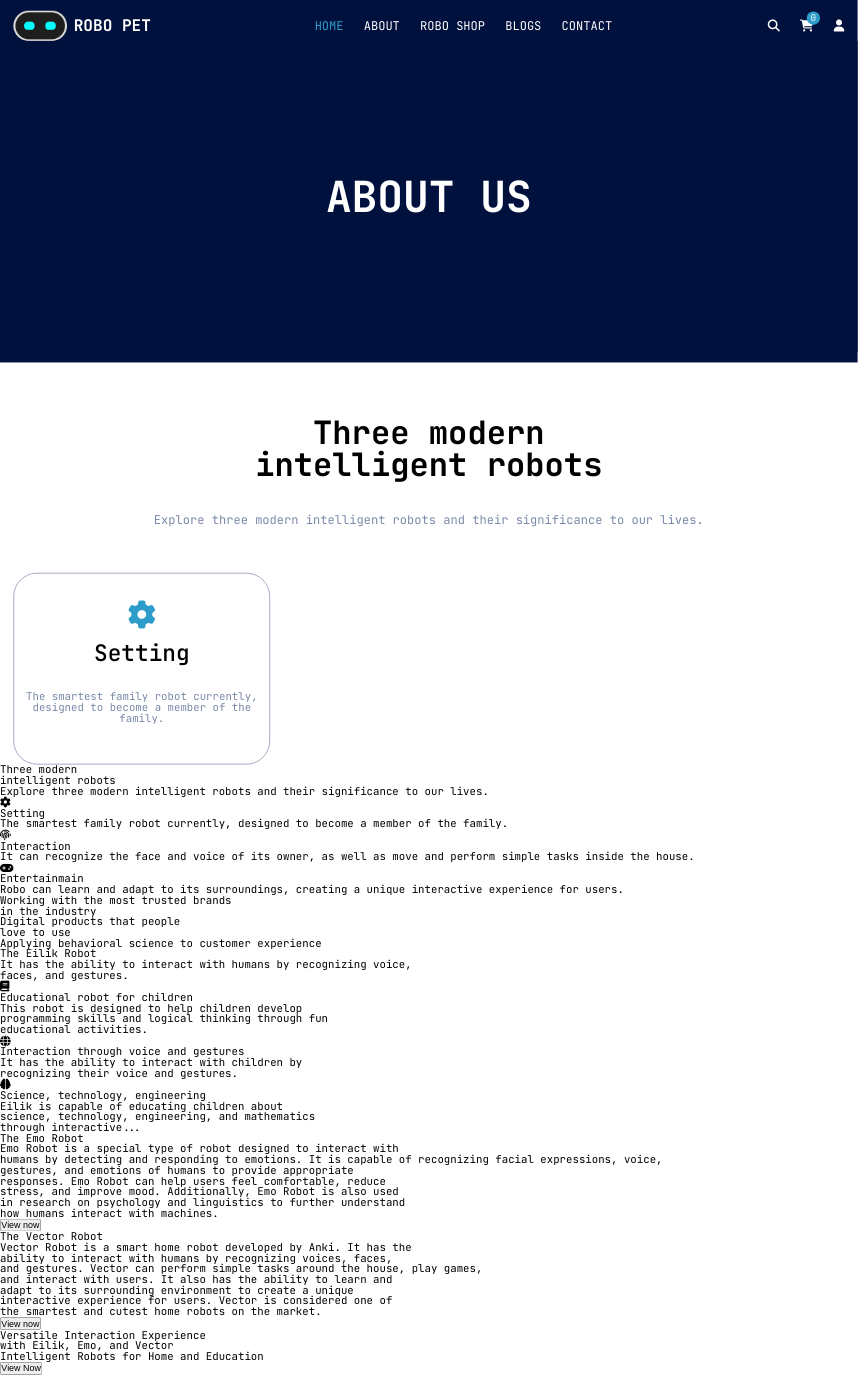
Repository: trietle101/du-an-1
Page: about.html
An editor plug-in stored every save of this project. The page is shown before and after the next save, followed by the edit.
The browser window is 1280 px wide. The pictures show the whole page, at 67% of full size.
Some web libraries are served in a nearby version.

Above is the page before, as saved 2023-03-12 22:52:28.

### about.html
<!DOCTYPE html>
<html lang="en">
  <head>
    <meta charset="UTF-8" />
    <meta http-equiv="X-UA-Compatible" content="IE=edge" />
    <meta name="viewport" content="width=device-width, initial-scale=1.0" />
    <title>About</title>
    <link rel="stylesheet" href="assets/css/reset.css" />
    <link rel="preconnect" href="https://fonts.googleapis.com" />
    <link rel="preconnect" href="https://fonts.gstatic.com" crossorigin />
    <link rel="stylesheet" href="assets/css/about.css">
    <link
      href="https://fonts.googleapis.com/css2?family=JetBrains+Mono:wght@300;400;500;700&display=swap"
      rel="stylesheet"
    />
    <script
      src="https://kit.fontawesome.com/08ee78edd1.js"
      crossorigin="anonymous"
    ></script>
  </head>
  <body>
    <header class="header">
      <div class="container">
        <nav class="header-nav">
          <a href="#" class="header-logo">
            <img src="assets/img/logo.png" />
            <span>ROBO PET</span>
          </a>

          <ul class="nav__list">
            <li class="nav__item">
              <a href="#" class="nav__link active">Home</a>
            </li>
            <li class="nav__item">
              <a href="#" class="nav__link">About</a>
            </li>
            <li class="nav__item">
              <a href="#" class="nav__link">Robo shop</a>
            </li>
            <li class="nav__item">
              <a href="#" class="nav__link">Blogs</a>
            </li>
            <li class="nav__item">
              <a href="#" class="nav__link">Contact</a>
            </li>
          </ul>

          <ul class="nav__list">
            <li class="nav__item">
              <a href="" class="nav__link"
                ><i class="fa-solid fa-magnifying-glass"></i
              ></a>
            </li>
            <li class="nav__item">
              <a href="" class="nav__link absolute">
                <i class="fa-solid fa-cart-shopping"></i>
                <span>0</span>
              </a>
            </li>
            <li class="nav__item">
              <a href="" class="nav__link"><i class="fa-solid fa-user"></i></a>
            </li>
          </ul>
        </nav>
      </div>
      <div class="header-banner">
        <div class="container">
          <h1 class="banner-title">ABOUT US</h1>
        </div>
      </div>
    </header>
    <section class="modern">
      <div class="container">
        <h2 class="modern-title">Three modern <br> intelligent robots</h2>
        <p class="modern-desc">Explore three modern intelligent robots and their significance to our lives.</p>
        <div class="modern-box">
          <div class="modern-item">
            <div class="modern-center">
              <i class="fa-solid fa-gear"></i>
              <h3 class="modern-box-title">Setting</h3>
              <p class="modern-box-desc">The smartest family robot currently, designed to become a member of the family.</p>
            </div>
          </div>
        </div>
      </div>
    </section>

    <!--phần banner-->
    <div class="banner">
           </div>
           <div class="name2">
            <h2>Three modern <br>
              intelligent robots</h2>
            <p>Explore three modern intelligent robots and their significance to our lives.</p>

        <div class="box-top">
            <div class="namebox">
                <i class="fa-solid fa-gear"></i>
                <h3>Setting</h3>
                <p>The smartest family robot currently, designed to become a member of the family.</p>
            </div>


            <div  class="namebox">
              <i class="fa-solid fa-fingerprint"></i>
                <h3>Interaction</h3>
                <p>It can recognize the face and voice of its owner, as well as move and perform simple tasks inside the house.</p>
            </div>


            <div class="namebox">
              <i class="fa-solid fa-gamepad"></i>
                <h3>Entertainmain</h3>
                <p>Robo can learn and adapt to its surroundings, creating a unique interactive experience for users.</p>
            </div>
        </div>

        <div class="name2">
          <h2>Working with the most trusted brands <br> in the industry</h2>
        </div>

        <div class="banner2">
        </div>
        <div class="namebanner2">
          <h4>Digital products that people <br> love to use</h4>
          <p>Applying behavioral science to customer experience</p>
          <div class="box-text">
            <h5>The Eilik Robot</h5>
            <p>It has the ability to interact with humans by recognizing voice,<br> faces, and gestures.</p>
               <div class="box-content">
                <i class="fa-solid fa-book"></i>
                <h6>Educational robot for children</h6>
                <p>This robot is designed to help children develop <br> programming skills and logical thinking through fun <br> educational activities.</p>
               </div>

               <div class="box-content">
                <i class="fa-solid fa-globe"></i>
                <h6>Interaction through voice and gestures</h6>
                <p>It has the ability to interact with children by <br> recognizing their voice and gestures.</p>
               </div>

               <div class="box-content">
                <i class="fa-solid fa-brain"></i>
                <h6>Science, technology, engineering</h6>
                <p> Eilik is capable of educating children about <br> science, technology, engineering, and mathematics <br> through interactive...</p>
               </div>

          </div>
          <div class="box-content2">
            <h6>The Emo Robot</h6>
            <p>Emo Robot is a special type of robot designed to interact with <br> humans by detecting and responding to emotions.

              It is capable of recognizing facial expressions, voice,<br>  gestures, and emotions of humans to provide appropriate <br> responses. Emo Robot can help users feel comfortable, reduce <br> stress, and improve mood. Additionally, Emo Robot is also used <br> in research on psychology and linguistics to further understand <br> how humans interact with machines.</p>
          </div>

          <button>View now</button>

          <div class="box-content3">
            <h6>The Vector Robot</h6>
            <p>Vector Robot is a smart home robot developed by Anki. It has  the <br> ability to interact with humans by recognizing voices, faces, <br> and gestures.

              Vector can perform simple tasks around the house, play games, <br> and interact with users. It also has the ability to learn and <br> adapt to its surrounding environment to create a unique <br> interactive experience for users. Vector is considered one of <br> the smartest and cutest home robots on the market.</p>
              <button>View now</button>
            </div>
        </div>
        <div class="endbanner">
          <h2>Versatile Interaction Experience <br> with Eilik, Emo, and Vector</h2>
                <p>Intelligent Robots for Home and Education</p>
                <button>View Now</button>
        </div>
  </body>
  <script src="assets/script/script.js"></script>
</html>

### assets/css/reset.css
/* http://meyerweb.com/eric/tools/css/reset/
   v2.0 | 20110126
   License: none (public domain)
*/
html,
body,
div,
span,
applet,
object,
iframe,
h1,
h2,
h3,
h4,
h5,
h6,
p,
blockquote,
pre,
a,
abbr,
acronym,
address,
big,
cite,
code,
del,
dfn,
em,
img,
ins,
kbd,
q,
s,
samp,
small,
strike,
strong,
sub,
sup,
tt,
var,
b,
u,
i,
center,
dl,
dt,
dd,
ol,
ul,
li,
fieldset,
form,
label,
legend,
table,
caption,
tbody,
tfoot,
thead,
tr,
th,
td,
article,
aside,
canvas,
details,
embed,
figure,
figcaption,
footer,
header,
hgroup,
menu,
nav,
output,
ruby,
section,
summary,
time,
mark,
audio,
video {
  margin: 0;
  padding: 0;
  border: 0;
  font-size: 100%;
  font: inherit;
  vertical-align: baseline;
}

/* HTML5 display-role reset for older browsers */
article,
aside,
details,
figcaption,
figure,
footer,
header,
hgroup,
menu,
nav,
section {
  display: block;
}

body {
  line-height: 1;
}

ol,
ul {
  list-style: none;
}

blockquote,
q {
  quotes: none;
}

blockquote:before,
blockquote:after,
q:before,
q:after {
  content: "";
  content: none;
}

table {
  border-collapse: collapse;
  border-spacing: 0;
}

*,
*:after,
*:before {
  margin: 0;
  padding: 0;
  box-sizing: border-box;
}
ul,
li {
  list-style-type: none;
}
a {
  text-decoration: none;
}

### assets/css/about.css
:root {
  --primary-color: #00113d;
  --secondary-color: #2e9cca;
}

html {
  box-sizing: border-box;
}

img {
  display: block;
  max-width: 100%;
}

body {
  font-family: "JetBrains Mono", sans-serif;
  min-height: 100vh;
  margin: 0;
}
header {
  background: var(--primary-color);
  padding: 1em 0;
  width: 100%;
}
.container {
  max-width: 1240px;
  margin: 0 auto;
}

.header-nav {
  display: flex;
  justify-content: space-between;
  align-items: center;
  flex-wrap: nowrap;
}

.header-logo {
  display: flex;
  justify-content: center;
  align-items: center;
}

.header-logo span {
  text-decoration: none;
  color: #fff;
  font-size: 24px;
  font-weight: bold;
  margin-right: 0.5em;
  margin-left: 10px;
}

.nav__list {
  display: flex;
  justify-content: space-between;
  align-items: center;
  flex-wrap: nowrap;
}

.nav__item:not(:first-child) {
  margin-left: 30px;
}

.nav__link {
  color: #fff;
  text-decoration: none;
  text-transform: uppercase;
  transition: 0.3s ease-in-out;
  font-size: 18px;
}

.nav__link.active {
  color: var(--secondary-color);
}

.nav__link:hover {
  color: var(--secondary-color);
}

.nav__link:hover span {
  color: var(--secondary-color);
  background-color: #fff;
}

.nav__link.absolute {
  position: relative;
}

.nav__link span {
  position: absolute;
  display: inline-block;
  background-color: var(--secondary-color);
  width: 20px;
  height: 20px;
  font-size: 14px;
  text-align: center;
  padding-top: 2px;
  border-radius: 50%;
  top: -10px;
  left: 10px;
  transition: 0.3s ease-in-out;
}

.line-effect {
  width: 0;
  height: 2px;
  background-color: var(--secondary-color);
  position: fixed;
  pointer-events: none;
  transition: all 0.25s linear;
}
.header-banner {
  width: 100%;
  max-height: 500px;
  margin: 0 auto;
  background-color: #00113d;
  padding: 200px 0;
}
.banner-title {
  font-weight: 700;
  font-size: 64px;
  color: #fff;
  text-transform: uppercase;
  text-align: center;
}
.modern {
  padding-top: 80px;
}
.modern-title {
  font-weight: 700;
  font-size: 48px;
  text-align: center;
}
.modern-desc {
  font-weight: 400;
  font-size: 18px;
  color: #7b88a8;
  text-align: center;
  margin-top: 50px;
}
.modern-box {
  margin-top: 70px;
  display: flex;
  justify-content: space-between;
  align-items: center;
  flex-wrap: nowrap;
}
.modern-item {
  max-width: calc(33.33% - 30px);
  border: 1px solid #7b88a8;
  border-radius: 35px;
  transition: 0.3s ease-in-out;
}
.modern-item i {
  font-size: 42px;
  color: var(--secondary-color);
  margin-top: 40px;
}
.modern-center {
  text-align: center;
}
.modern-box-title {
  font-weight: 500;
  font-size: 34px;
  margin-top: 20px;
  margin-bottom: 40px;
}
.modern-box-desc {
  font-weight: 400;
  font-size: 16px;
  color: #7b88a8;
  margin-bottom: 60px;
}
.modern-item:hover {
  border: none;
  box-shadow: 0 14px 28px rgba(0, 17, 61, 0.22),
    0 10px 10px rgba(0, 17, 61, 0.22);
}

### assets/script/script.js
window.addEventListener("load", function () {
  // --- Menu ---
  const links = [...document.querySelectorAll(".nav__link")];
  links.forEach((item) => item.addEventListener("mouseenter", handleHoverLink));
  const line = document.createElement("div");
  line.classList = "line-effect";
  document.body.appendChild(line);

  function handleHoverLink(event) {
    const { left, top, width, height } = event.target.getBoundingClientRect();
    const offsetBottom = 5;
    line.style.width = `${width}px`;
    line.style.left = `${left}px`;
    line.style.top = `${top + height + offsetBottom}px`;
  }
  const menu = document.querySelector(".nav__list");
  menu.addEventListener("mouseleave", function () {
    line.style.width = 0;
  });

  const nav = document.querySelectorAll(".nav__link");
  nav.forEach((item) => {
    item.addEventListener("click", () => {
      nav.forEach((item) => {
        item.classList.remove("active");
      });
      item.classList.add("active");
    });
  });
});

After the next save:
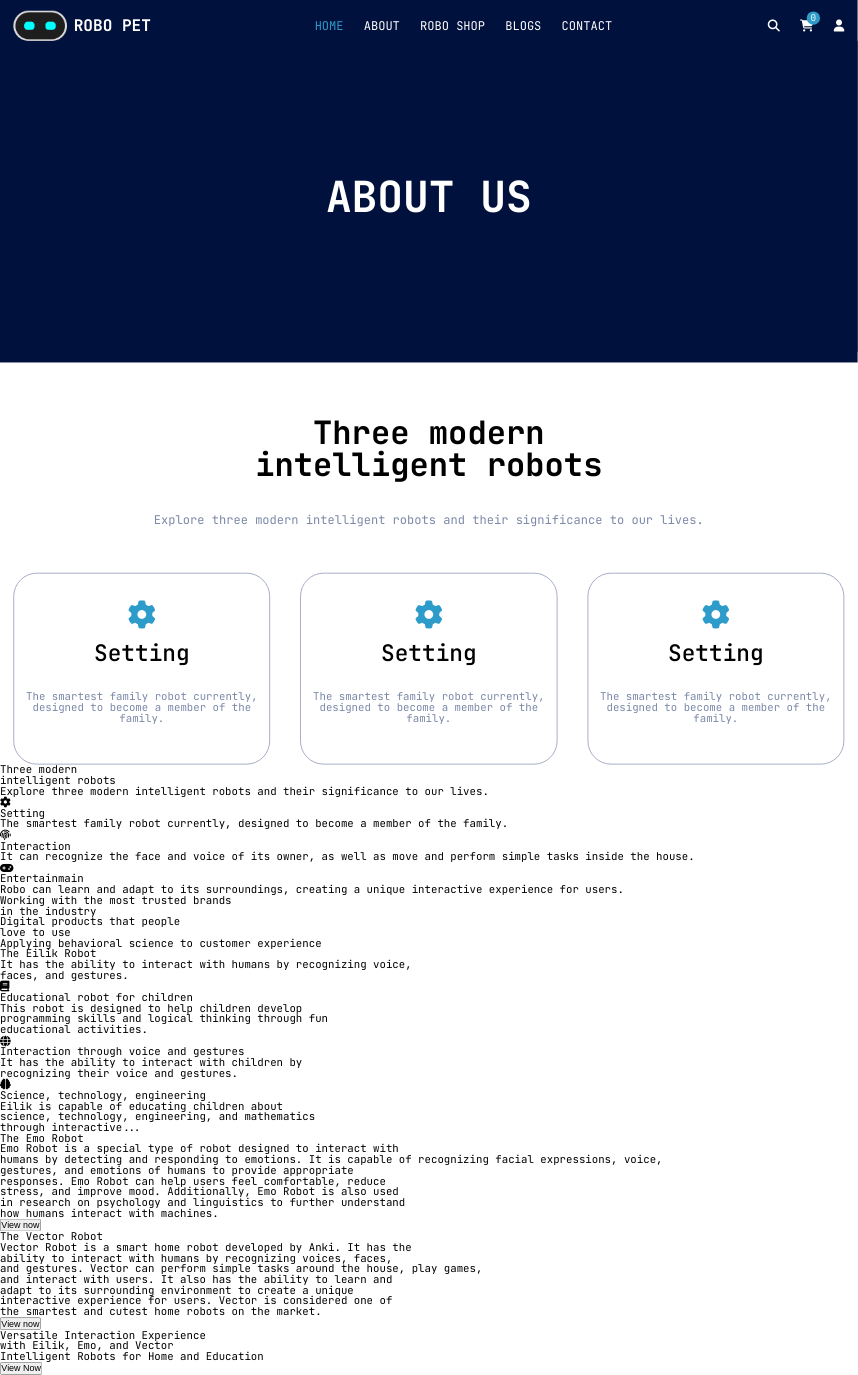
Saved 29 s later.
--- a/about.html
+++ b/about.html
@@ -74,6 +74,20 @@
         <h2 class="modern-title">Three modern <br> intelligent robots</h2>
         <p class="modern-desc">Explore three modern intelligent robots and their significance to our lives.</p>
         <div class="modern-box">
+          <div class="modern-item">
+            <div class="modern-center">
+              <i class="fa-solid fa-gear"></i>
+              <h3 class="modern-box-title">Setting</h3>
+              <p class="modern-box-desc">The smartest family robot currently, designed to become a member of the family.</p>
+            </div>
+          </div>
+          <div class="modern-item">
+            <div class="modern-center">
+              <i class="fa-solid fa-gear"></i>
+              <h3 class="modern-box-title">Setting</h3>
+              <p class="modern-box-desc">The smartest family robot currently, designed to become a member of the family.</p>
+            </div>
+          </div>
           <div class="modern-item">
             <div class="modern-center">
               <i class="fa-solid fa-gear"></i>
